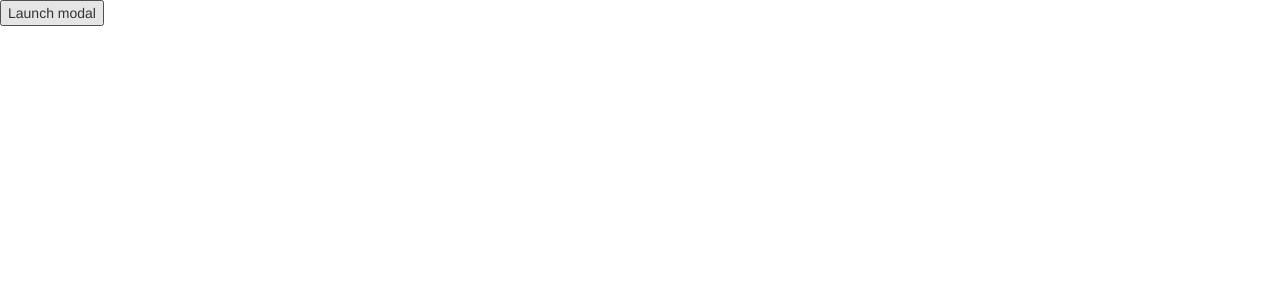
Repository: KIMINJOONG/Project
Page: MyProject/WebContent/modalPractice.html
The author's editor kept a copy of each file at every save. The page is drawn from the files as they stood at one save, then again after a run of saves.
The browser window is 1280 px wide. The pictures show the whole page.

Above is the page before, as saved 2018-06-17 10:17:28.

After the next 2 saves:
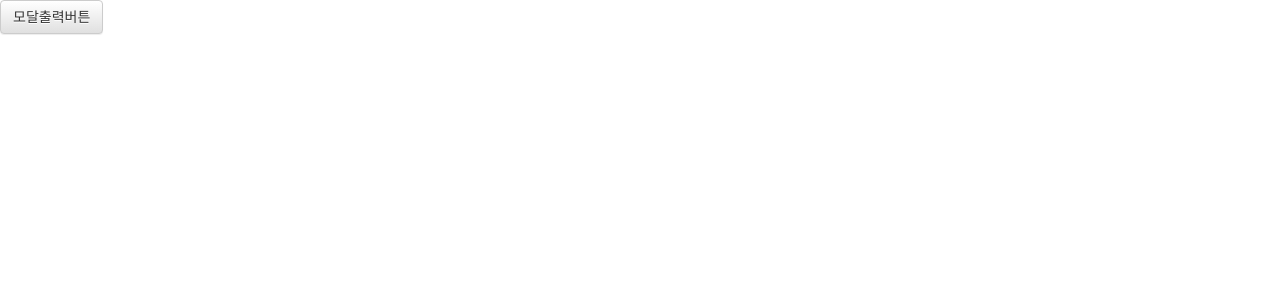
The 2 saves are shown as one change because they came seconds apart.
The last was saved 37 s later.
--- a/MyProject/WebContent/modalPractice.html
+++ b/MyProject/WebContent/modalPractice.html
@@ -20,24 +20,30 @@ $('#myModal').on('shown.bs.modal', function () {
 </script>
 </head>
 <body>
-<div class="modal fade">
+<button class="btn btn-default" data-target="#layerpop" data-toggle="modal">모달출력버튼</button><br/>
+<div class="modal fade" id="layerpop" >
   <div class="modal-dialog">
     <div class="modal-content">
+      <!-- header -->
       <div class="modal-header">
-        <button type="button" class="close" data-dismiss="modal" aria-label="Close"><span aria-hidden="true">&times;</span></button>
-        <h4 class="modal-title">Modal title</h4>
+        <!-- 닫기(x) 버튼 -->
+        <button type="button" class="close" data-dismiss="modal">×</button>
+        <!-- header title -->
+        <h4 class="modal-title">Header</h4>
       </div>
+      <!-- body -->
       <div class="modal-body">
-        <p>One fine body&hellip;</p>
+            Body
       </div>
+      <!-- Footer -->
       <div class="modal-footer">
-        <button type="button" class="btn btn-default" data-dismiss="modal">Close</button>
-        <button type="button" class="btn btn-primary">Save changes</button>
+        Footer
+        <button type="button" class="btn btn-default" data-dismiss="modal">닫기</button>
       </div>
-    </div><!-- /.modal-content -->
-  </div><!-- /.modal-dialog -->
-</div><!-- /.modal -->
+    </div>
+  </div>
+</div>
 
-<button type="button" data-toggle="modal" data-target="#myModal">Launch modal</button>
+
 </body>
 </html>
